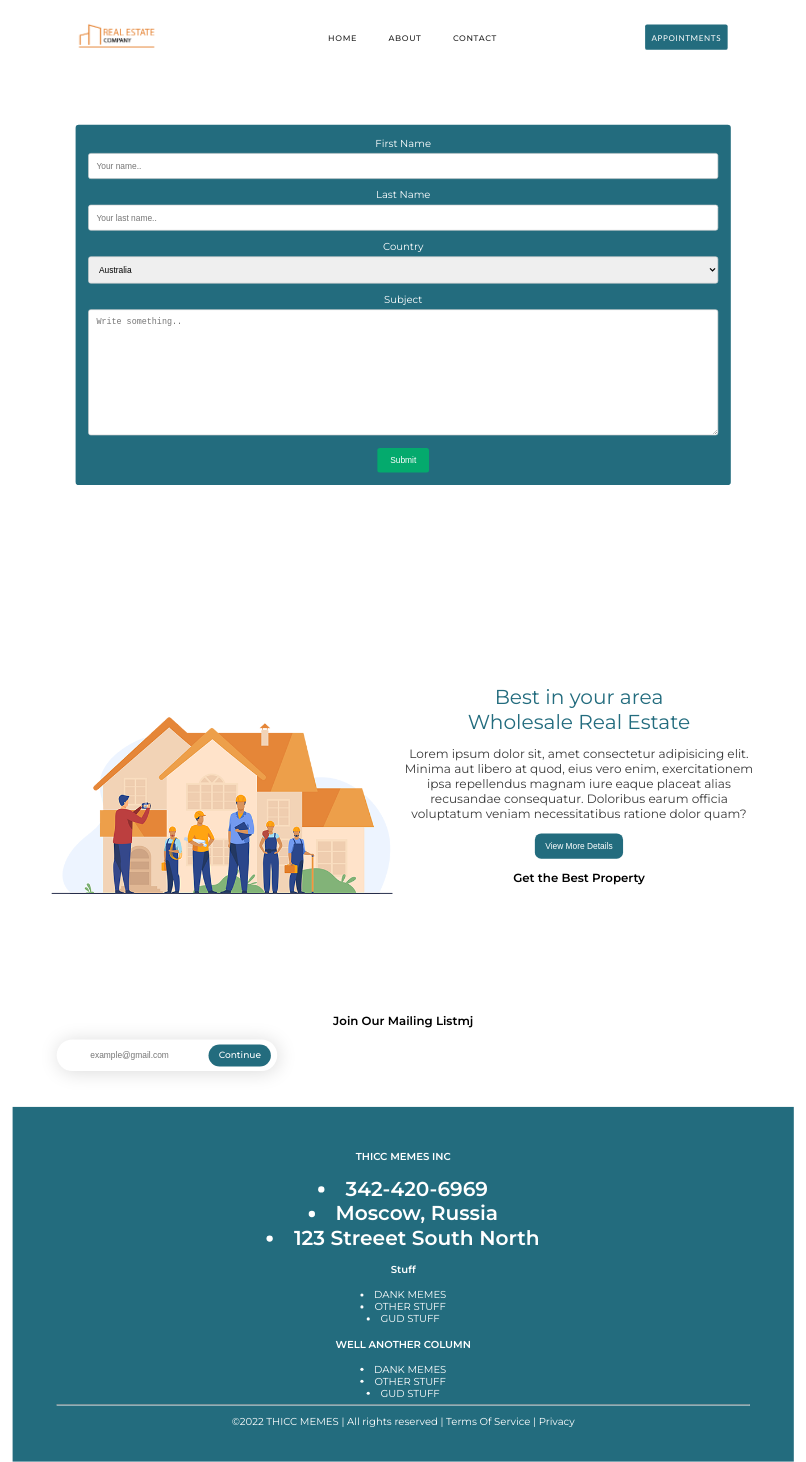
Repository: gabe126679/Mikes-site
Page: /contact
An editor plug-in stored every save of this project. The page is shown before and after the next save, followed by the edit.
The browser window is 1280 px wide. The pictures show the whole page, at 63% of full size.
Some web libraries are served in a nearby version. The project was rebuilt for these pictures with package versions that can differ from the ones it lists, and the page was loaded fresh each time. Also part of the build but not shown: src/components/Header.jsx, src/components/Howitworks.jsx, src/components/Contact.jsx, src/components/Agentbox.jsx, src/components/Agent.jsx, src/components/PageAbout.jsx, src/components/Bproperty.jsx, src/components/Item.js and 3 more.

Above is the page before, as saved 2022-04-19 17:17:34.

After the next save:
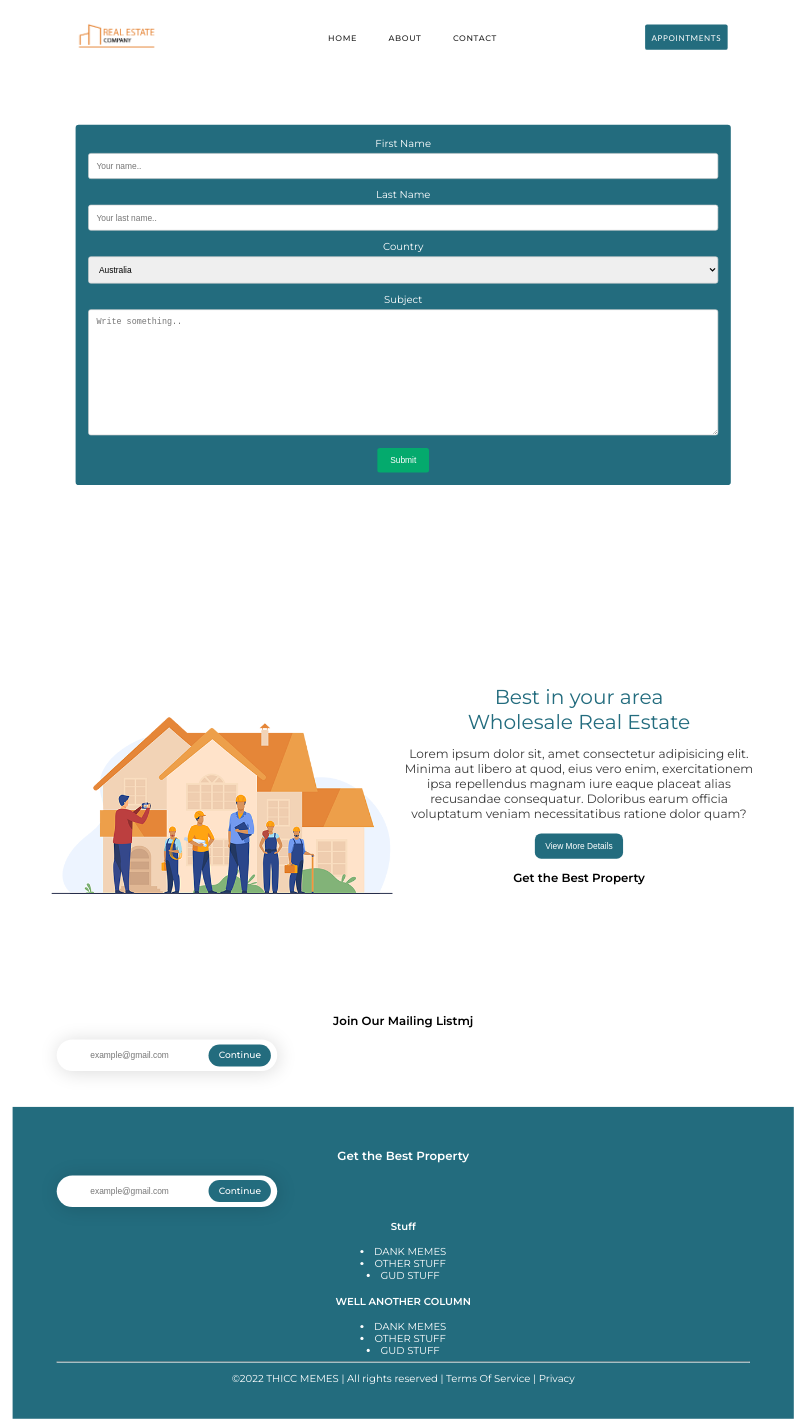
Saved 21 s later.
--- a/src/components/Footer.jsx
+++ b/src/components/Footer.jsx
@@ -7,14 +7,11 @@ return (
       <div className="container">
         <div className="row">
           {/* Column1 */}
-          <div className="col">
-            <h4>THICC MEMES INC</h4>
-            <h1 className="list-unstyled">
-              <li>342-420-6969</li>
-              <li>Moscow, Russia</li>
-              <li>123 Streeet South North</li>
-            </h1>
-          </div>
+            <h3>Get the Best Property</h3>
+            <div className="contact-input">
+                <input type="email" placeholder="example@gmail.com"/>
+                <a href="#">Continue</a>
+            </div>
           {/* Column2 */}
           <div className="col">
             <h4>Stuff</h4>
